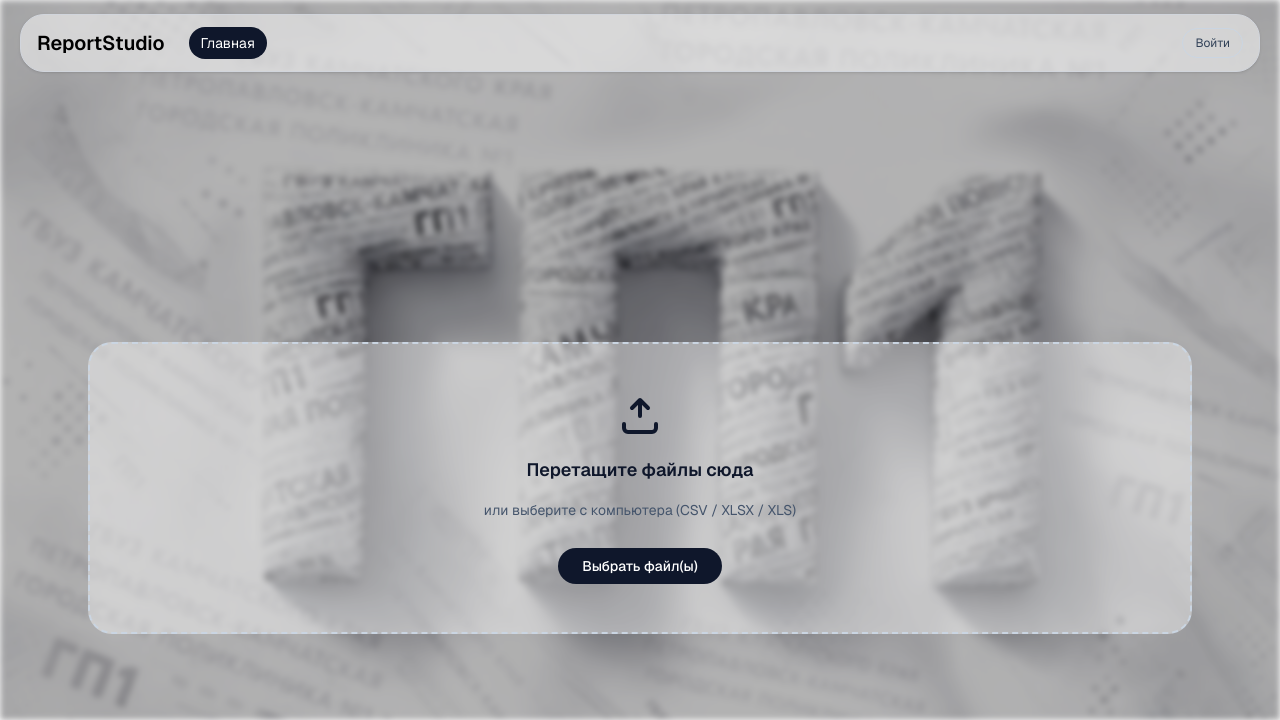
Repository: vladzap2423/report_studio_v2
Page: /
An editor plug-in stored every save of this project. The page is shown before and after the next save, followed by the edit.
The browser window is 1280 px wide. The pictures show the whole page.
The page's requests for data from a server got no answer. An inner scrolling area shows only its first screen. The project was rebuilt for these pictures with package versions that can differ from the ones it lists, and the page was loaded fresh each time. The framework's server and built-in components were replaced by stand-ins that run in the browser. No one was signed in, and anything a server would have sent is missing. Also part of the build but not shown: next.config.ts, src/app/components/AppToastViewport.tsx, src/app/components/ScriptsList.tsx.

Above is the page before, as saved 2026-04-17 09:05:33.

After the next save:
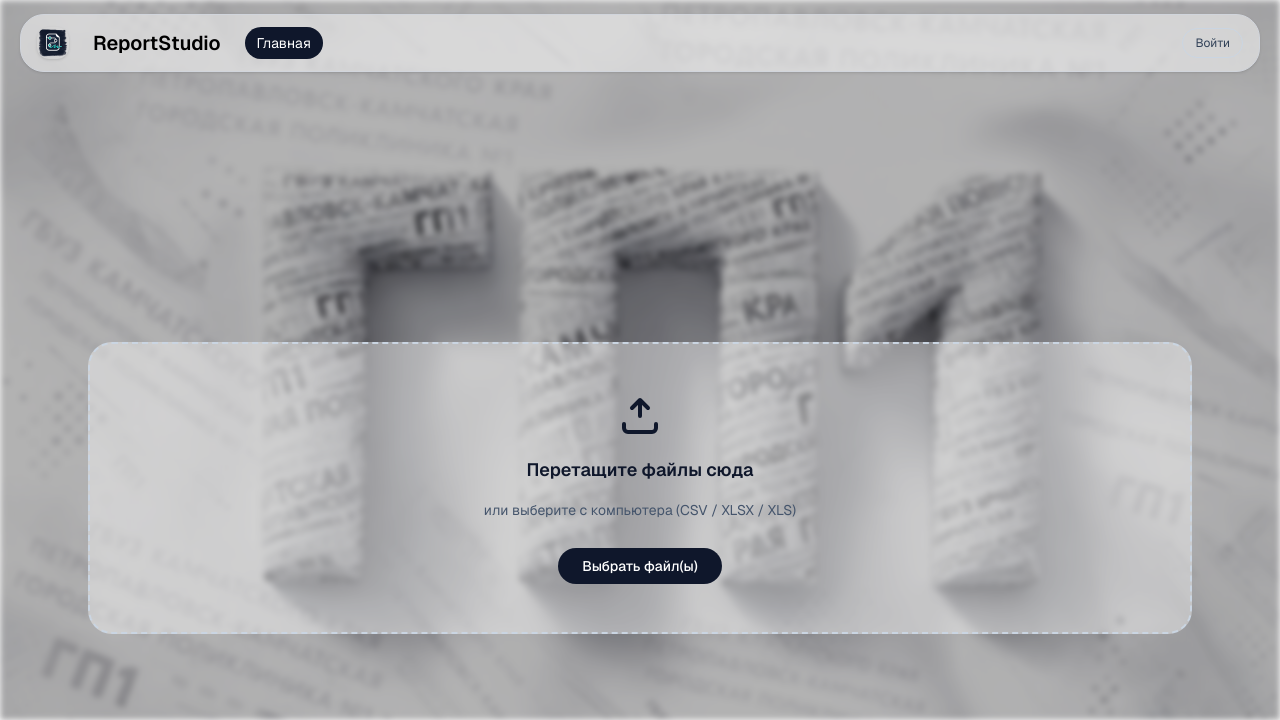
Saved 44 min 45 s later.
--- a/src/app/components/Header.tsx
+++ b/src/app/components/Header.tsx
@@ -75,7 +75,14 @@ const Header: React.FC<HeaderProps> = ({ title = "ГП1 Платформа", lin
     <header className="app-header app-frame w-full">
       <div className="flex w-full items-center justify-between rounded-3xl border border-gray-300 bg-white/50 px-4 py-3 shadow-sm">
         <div className="flex items-center space-x-6">
-          <div className="text-xl font-semibold text-black">{title}</div>
+
+            <img
+              src="/icon.png"
+              alt=""
+              className="h-8 w-8 rounded-xl object-cover shadow-sm"
+            />
+            <div className="text-xl font-semibold text-black">{title}</div>
+
 
           <nav className="flex space-x-2">
             {visibleLinks.map((link) => {
